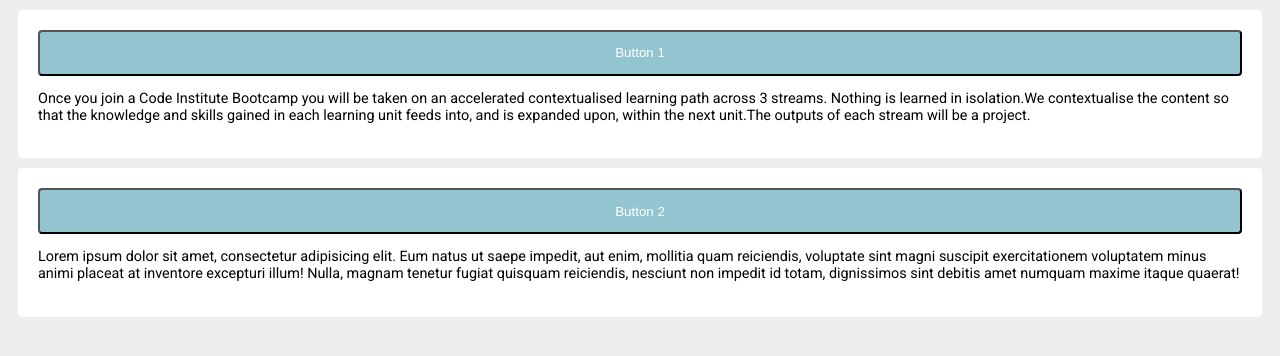
Repository: nitr-am/excersices-using-Jquery
Page: button.html
The author's editor kept a record of every edit. The page is drawn from the files as they stood at one moment, then again after the next edit.
The browser window is 1280 px wide. The pictures show the whole page.
Some web libraries are served in a nearby version.

Above is the page before.

After the next edit:
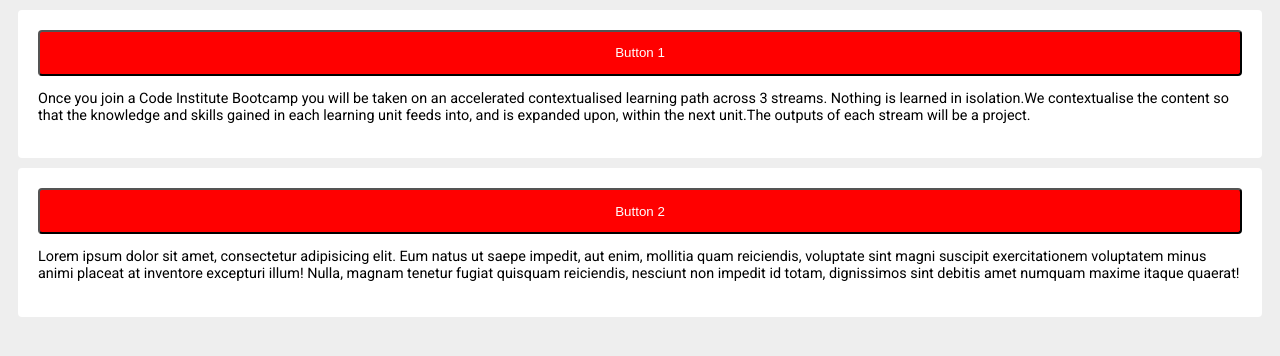
The edit:
--- a/style.css
+++ b/style.css
@@ -93,6 +93,13 @@
 	font-size: 2em;
 }
 
+.makeRed {
+	background-color: red;
+}
+.makeBorder {
+	border: 2px;
+}
+
 #my_footer{
 	width:100%;
 	text-align: center;
